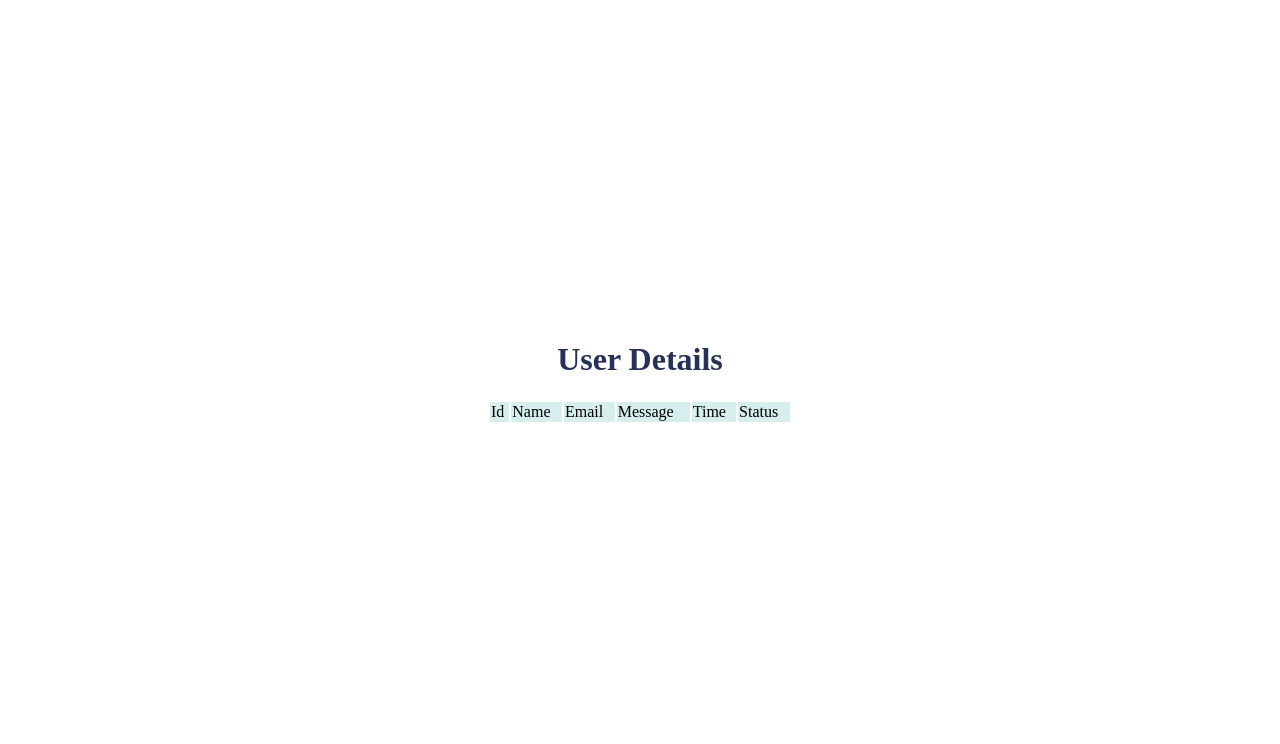
Repository: Shivamkr522/Contact_Us_Page
Page: http://localhost/ContactUs/dashboard
These files come from the project's save history. The page is drawn as it stood at one moment and after the next save; the edit follows.
The browser window is 1280 px wide. The pictures show the whole page.
The page is served by Tomcat 9. The session is filled in as if someone had signed in: {"admin": "testuser"}. Other server files are loaded and not shown. Queries for data that is not in the repository find no rows.

Above is the page before, as saved 2022-12-12 06:30:43.

### ContactUs/src/main/webapp/dashboard.jsp
<%@ page language="java" contentType="text/html; charset=UTF-8"
    pageEncoding="UTF-8"  import="java.util.*, com.contactus.Request"%>
<%@ taglib uri="http://java.sun.com/jsp/jstl/core" prefix="c"%>
<!DOCTYPE html>
<html>
<head>
<meta charset="UTF-8">
<title>User Dashboard</title>
<link rel="stylesheet" href="dashboard.css">
</head>
<body>
	<%
		response.setHeader("Cache-Control", "no-cache, no-store, must-revalidate");
		if(session.getAttribute("admin")==null){
			response.sendRedirect("login.jsp");
		}
		session.getAttribute("contactUsData");
	%>
	<div id="table-content">
		<h1>User Details</h1>
		<table>
		<thead>
			<tr>
				<td>Id</td>
				<td>Name</td>
				<td>Email</td>
				<td>Message</td>
				<td>Time</td>
				<td>Status</td>
			</tr>
		</thead>
		<tbody>
			<c:forEach var="sendData" items = "${contactUsData}"  >
				<tr>
					<td>${sendData.getId()}</td>
					<td>${sendData.getName()}</td>
					<td>${sendData.getEmail()}</td>
					<td>${sendData.getMessage()}</td>
					<td>${sendData.getTime()}</td>
					<td>${sendData.getStatus()}</td>
					<td><form action="dashboard" method="post">
            			<input type="hidden" name="id" value="${sendData.getId()}">
            			<button type="submit" name="status"value="${sendData.getStatus()}">${sendData.getStatus()}</button>
            			</form>
            		</td>
				</tr>
			</c:forEach>
		</tbody>

	</table>
	</div>


</body>
</html>

### ContactUs/src/main/java/com/login/DashboardServlet.java
package com.login;
import java.io.IOException;
import java.util.*;

import javax.servlet.RequestDispatcher;
import javax.servlet.ServletException;
import javax.servlet.annotation.WebServlet;
import javax.servlet.http.HttpServlet;
import javax.servlet.http.HttpServletRequest;
import javax.servlet.http.HttpServletResponse;
import javax.servlet.http.HttpSession;

import com.contactus.RequestDAO;
import com.contactus.Request;
@WebServlet("/dashboard")
public class DashboardServlet extends HttpServlet{
	private static final long serialVersionUID = 1L;

	public void doGet(HttpServletRequest request, HttpServletResponse response) throws IOException, ServletException {
		List<Request> contactUsUserData = new ArrayList<>();
		contactUsUserData = RequestDAO.fetchData();
		HttpSession session=request.getSession();
        session.setAttribute("contactUsData",contactUsUserData);

        RequestDispatcher reqDis = request.getRequestDispatcher("dashboard.jsp");
		reqDis.forward(request, response);
	}
	public void doPost(HttpServletRequest request, HttpServletResponse response) throws ServletException, IOException {
        int id = Integer.parseInt(request.getParameter("id"));
        String status = request.getParameter("status");
        Request requestdata = new Request();
        requestdata.setStatus(status);
        requestdata.setId(id);
        RequestDAO requestDao = new RequestDAO();
        try {
            requestDao.changeStatus(requestdata);
        }
        catch (Exception e) {
            e.printStackTrace();
        }
        response.sendRedirect("dashboard");
	}
}

### ContactUs/src/main/java/com/contactus/RequestDAO.java
package com.contactus;

import java.sql.*;
import java.util.ArrayList;
import java.util.List;

public class RequestDAO {
	public static final String DATABASE = "ContactUsDB";
    public static final String HOST_NAME = "localhost";
    public static final String HOST = "5432";
    public static final String USER = "postgres";
    public static final String PASSWORD = "postgres";

	public void saveRequest(Request request) {
		try {
			Class.forName("org.postgresql.Driver");
			Connection con = DriverManager.getConnection("jdbc:postgresql://"+HOST_NAME+":"+HOST+"/"+DATABASE,USER,PASSWORD);
			String query = "Insert Into contactus(fullname, emailid, message, status) values(?,?,?,?)";
			PreparedStatement prep = con.prepareStatement(query);
			prep.setString(1, request.getName());
			prep.setString(2, request.getEmail());
			prep.setString(3, request.getMessage());
			prep.setString(4, "active");
			prep.executeQuery();
			con.close();
		} catch (Exception e) {
			e.printStackTrace();
		}
	}

	public static List<Request> fetchData() {
		List<Request> requestAllUserData = new ArrayList<Request>();
		try {
			Class.forName("org.postgresql.Driver");
			Connection con = DriverManager.getConnection("jdbc:postgresql://"+HOST_NAME+":"+HOST+"/"+DATABASE,USER,PASSWORD);
			String query ="Select * from contactus";
			Statement st =con.createStatement();
			ResultSet rt = st.executeQuery(query);

			while(rt.next()) {
				Request contain = new Request();
				int id=Integer.parseInt(rt.getString(1));
				contain.setId(id);
				contain.setName(rt.getString(2));
				contain.setEmail(rt.getString(3));
				contain.setMessage(rt.getString(4));
				contain.setTime(rt.getString(5));
				contain.setStatus(rt.getString(6));
				requestAllUserData.add(contain);
			}
			return requestAllUserData;
		}
		catch(Exception e){
			e.printStackTrace();
		}
		return null;
	}
	public void changeStatus(Request requestData) throws ClassNotFoundException, SQLException {
        int id = requestData.getId();
        String status = requestData.getStatus();
            if(status.equals("active")) {
            status="archive";
        }
        else {
            status="active";
        }
        String sql ="update contactus set status='"+status+"' where id="+id+";";
        Class.forName("org.postgresql.Driver");
        Connection con= DriverManager.getConnection("jdbc:postgresql://"+HOST_NAME+":"+HOST+"/"+DATABASE,USER,PASSWORD);
        Statement st=con.createStatement();
         st.executeQuery(sql);
    }
}

### ContactUs/src/main/webapp/dashboard.css
@charset "UTF-8";


thead{
	background-color: #D6EEEE;
}

tr {
	border-bottom: 1px solid #ddd;
}

tr:hover{
	background-color: #D6EEEE;
}

h1{
	text-align: center;
	color: #263159;
}

button:hover{
	background-color: #D6EEEE;
}

#table-content{
	display: flex;
	flex-direction: column;
	margin: 20rem 30rem;
}

After the next save:
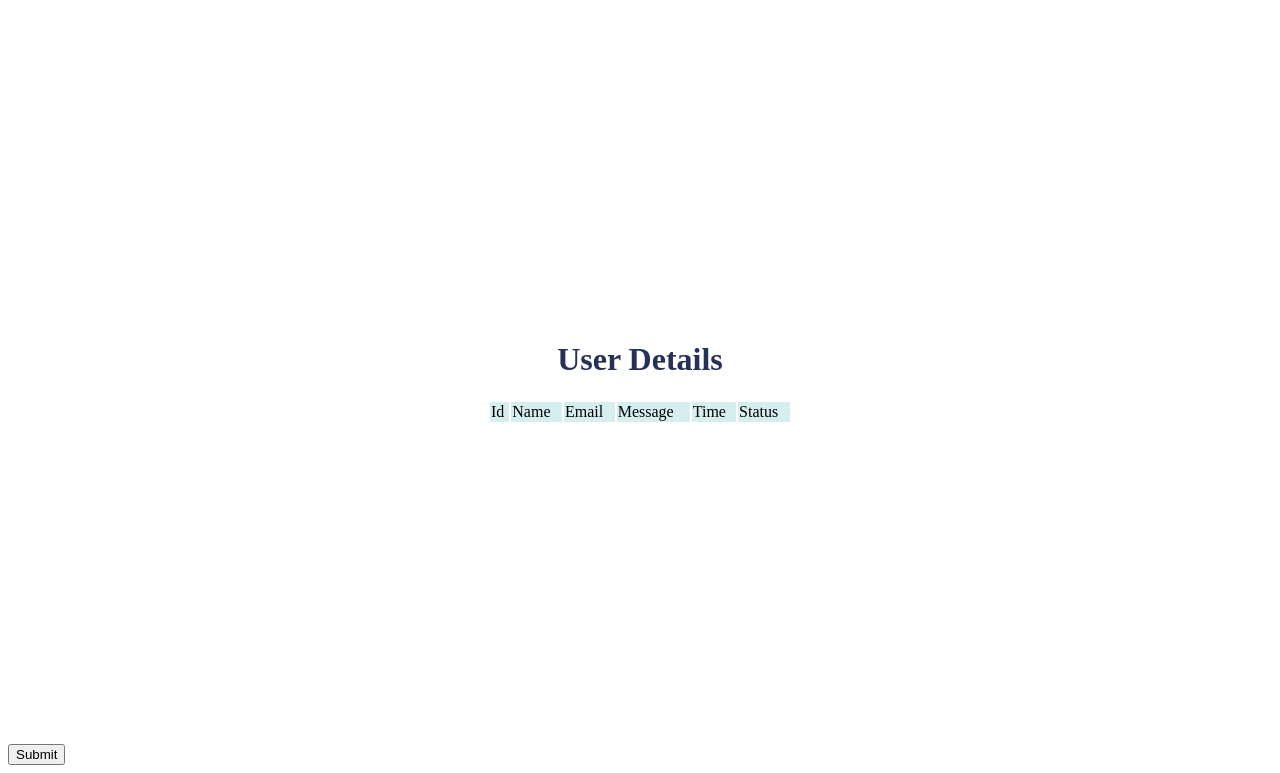
Saved 2 min 56 s later.
--- a/ContactUs/src/main/webapp/dashboard.jsp
+++ b/ContactUs/src/main/webapp/dashboard.jsp
@@ -46,10 +46,12 @@
 				</tr>
 			</c:forEach>
 		</tbody>
-
 	</table>
 	</div>
-
-
+	<div>
+		<form action="LogoutServlet">
+			<button type="button">Submit</button>
+		</form>
+	</div>
 </body>
 </html>
